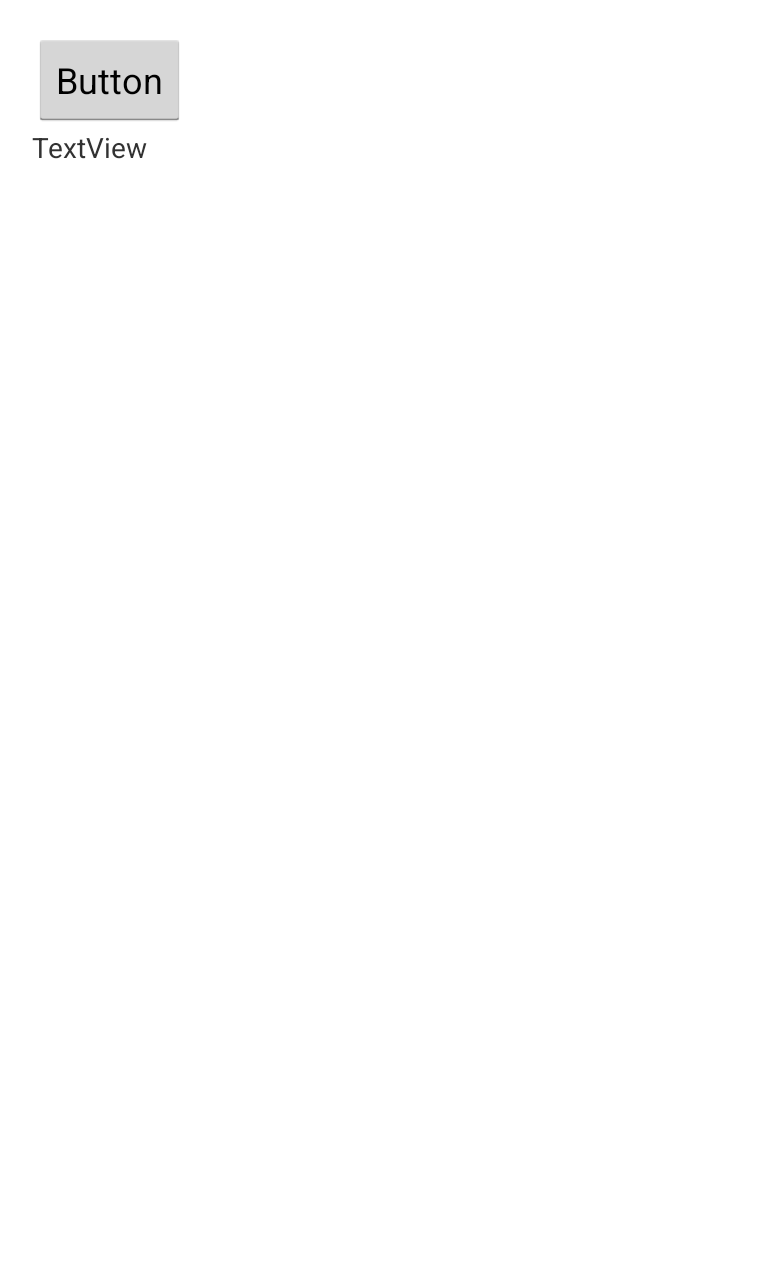
Repository: ShigerD/AndroidSample
Layout: Sample/Sample10/SD_file/Sd_file/res/layout/activity_main.xml
An editor plug-in stored every save of this project. The layout is shown before and after the next save, followed by the edit.
It is drawn on a 768 x 1280 px phone screen (xhdpi) without system bars, with theme AppTheme; the app's code is not run.

Above is the layout before, as saved 2016-10-05 06:59:40.

After the next save:
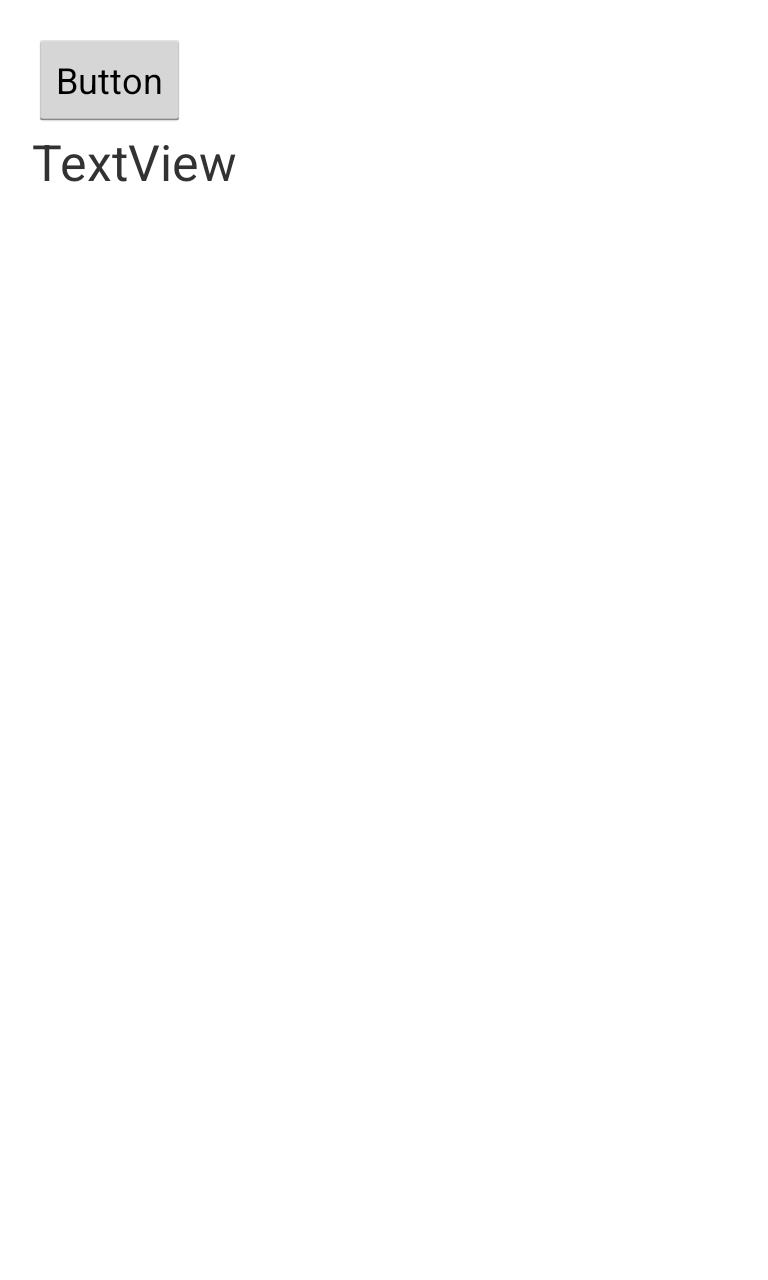
Saved 23 s later.
--- a/Sample/Sample10/SD_file/Sd_file/res/layout/activity_main.xml
+++ b/Sample/Sample10/SD_file/Sd_file/res/layout/activity_main.xml
@@ -31,7 +31,8 @@
                 android:id="@+id/textView1"
                 android:layout_width="wrap_content"
                 android:layout_height="wrap_content"
-                android:text="TextView" />
+                android:text="TextView"
+                android:textSize="25sp" />
 
         </LinearLayout>
 
